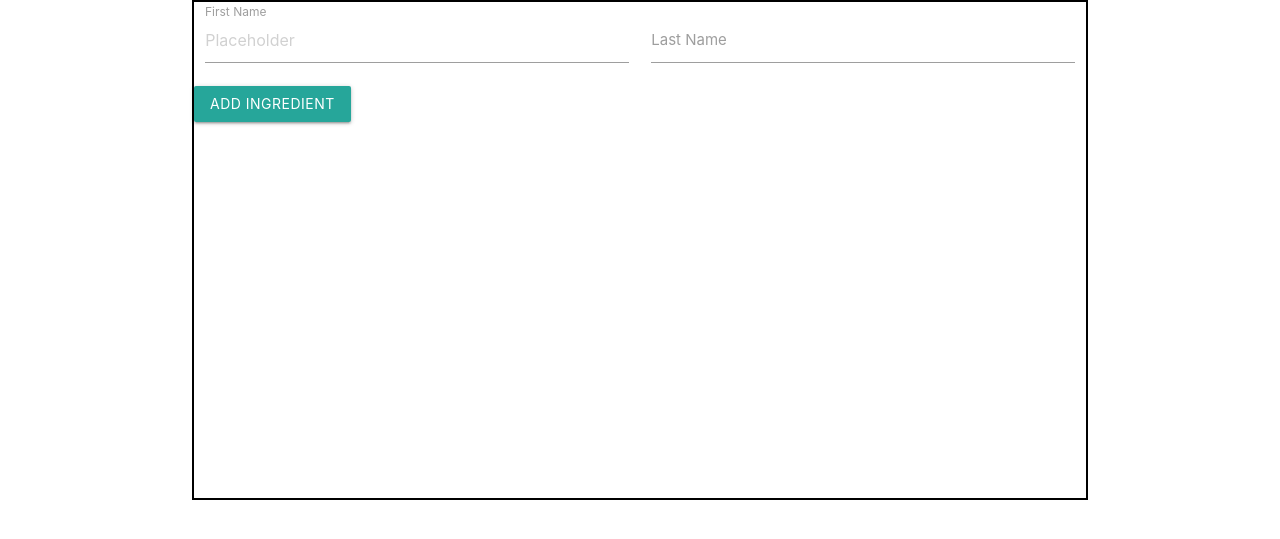
Repository: Aaron-R-Carter/Project1
Page: prototype.html
These files come from the project's save history. The page is drawn as it stood at one moment and after the next save; the edit follows.
The browser window is 1280 px wide. The pictures show the whole page.

Above is the page before, as saved 2019-10-31 21:04:49.
Console error: SyntaxError: Unexpected token '<'

After the next save:
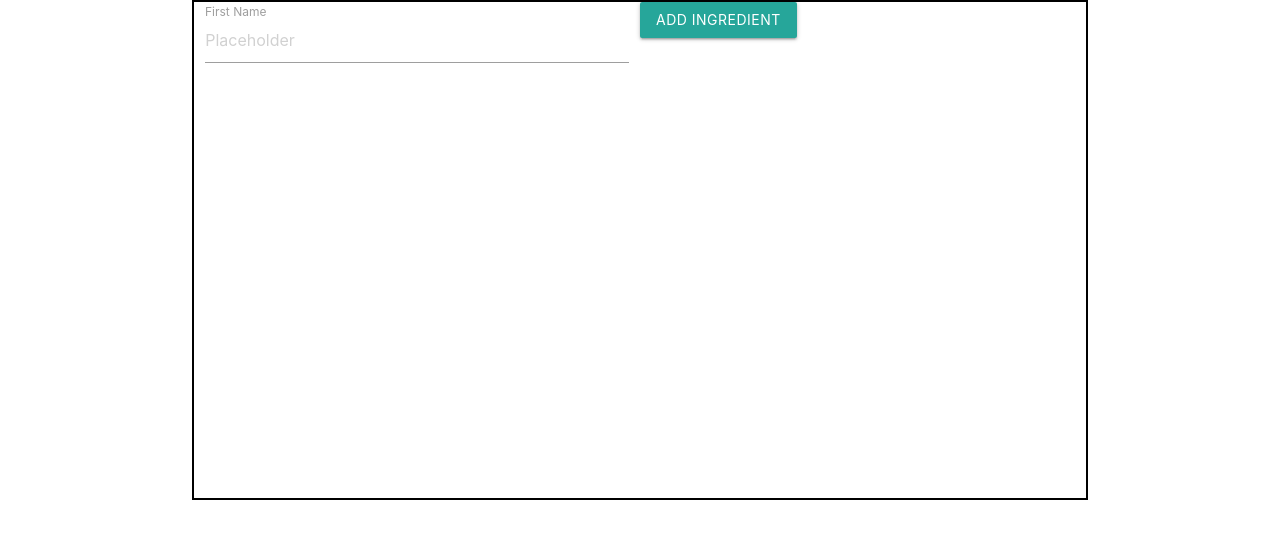
Saved 110 s later.
--- a/prototype.html
+++ b/prototype.html
@@ -21,10 +21,7 @@
                         <input placeholder="Placeholder" id="first_name" type="text" class="validate">
                         <label for="first_name">First Name</label>
                       </div>
-                      <div class="input-field col s6">
-                        <input id="last_name" type="text" class="validate">
-                        <label for="last_name">Last Name</label>
-                      </div>
+
         <form id="ingredient-form">
 
             <!-- Button will trigger new ingredient to be added -->
